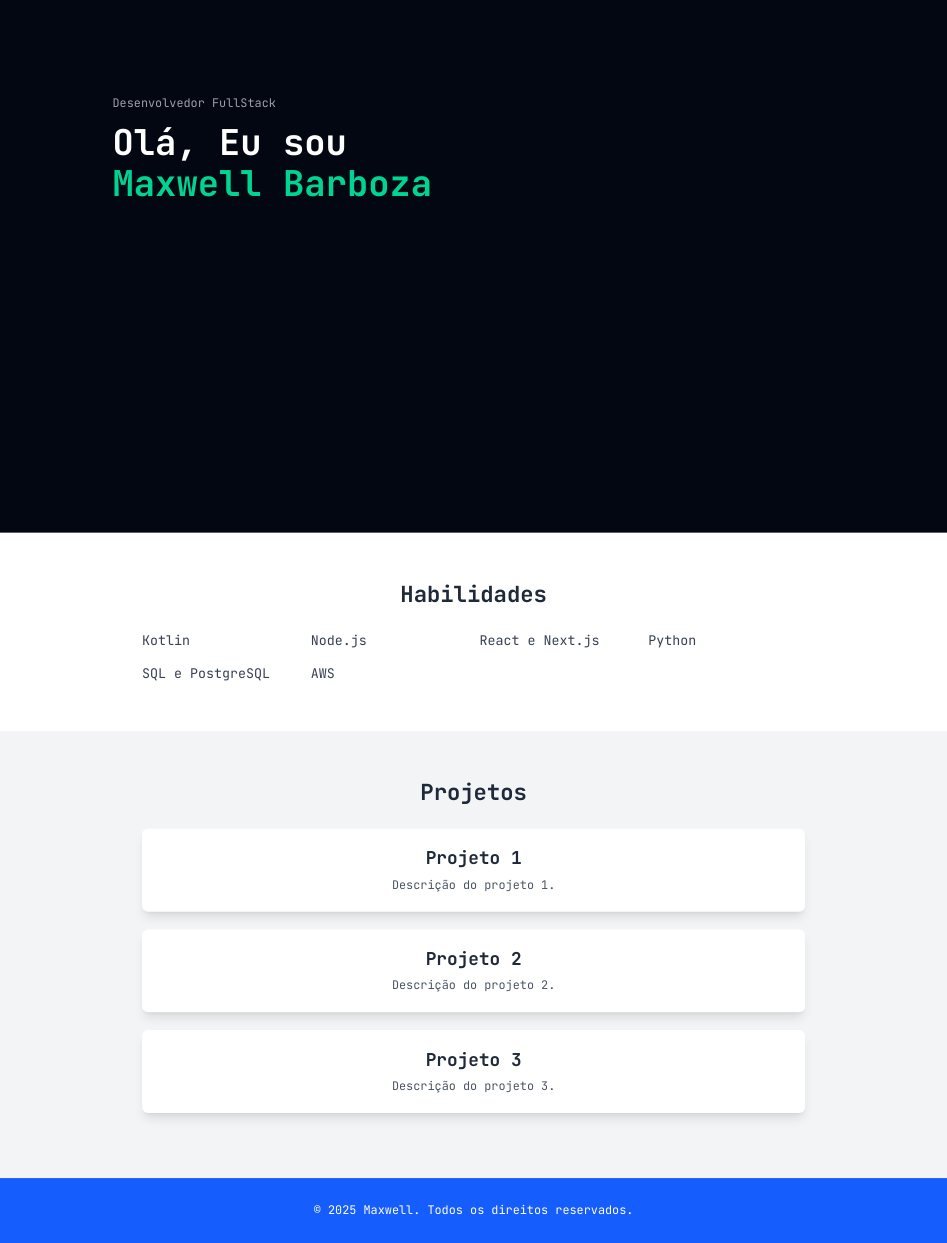
Repository: maxwelllbarboza/pagina-pessoal
Page: /
These files come from the project's save history. The page is drawn as it stood at one moment and after the next save; the edit follows.
The browser window is 1280 px wide. The pictures show the whole page, at 74% of full size.
The project was rebuilt for these pictures with package versions that can differ from the ones it lists, and the page was loaded fresh each time. The framework's server and built-in components were replaced by stand-ins that run in the browser. Also part of the build but not shown: next.config.mjs, next.config.ts.

Above is the page before, as saved 2025-02-27 11:07:34.

After the next save:
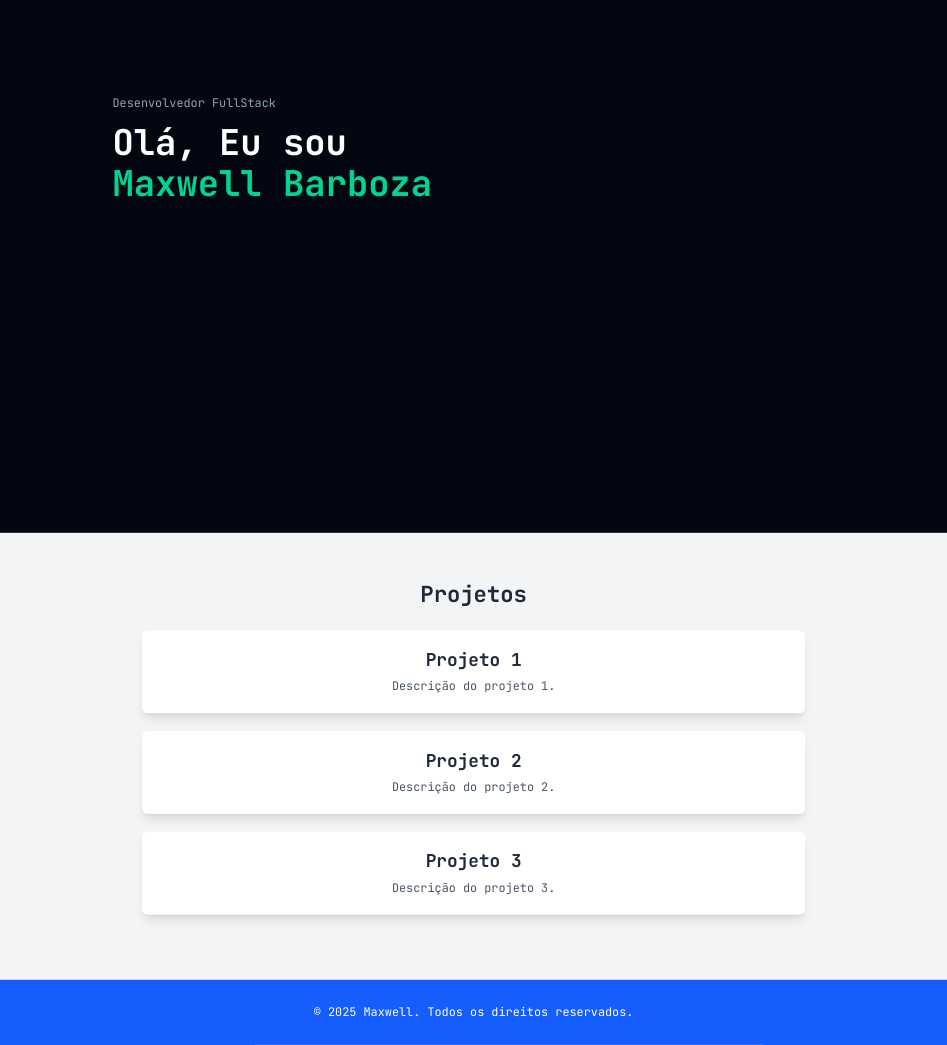
Saved 52 s later.
--- a/src/app/page.tsx
+++ b/src/app/page.tsx
@@ -22,18 +22,7 @@
     <SobreMim/>
 
 
-    {/* Habilidades */}
-    <section className="bg-white py-16">
-      <h2 className="text-3xl font-semibold text-center text-gray-800">Habilidades</h2>
-      <ul className="mt-8 grid grid-cols-2 sm:grid-cols-3 md:grid-cols-4 gap-4 max-w-4xl mx-auto">
-        <li className="text-lg text-gray-700">Kotlin</li>
-        <li className="text-lg text-gray-700">Node.js</li>
-        <li className="text-lg text-gray-700">React e Next.js</li>
-        <li className="text-lg text-gray-700">Python</li>
-        <li className="text-lg text-gray-700">SQL e PostgreSQL</li>
-        <li className="text-lg text-gray-700">AWS</li>
-      </ul>
-    </section>
+
 
     {/* Projetos */}
     <section className="py-16 text-center">
